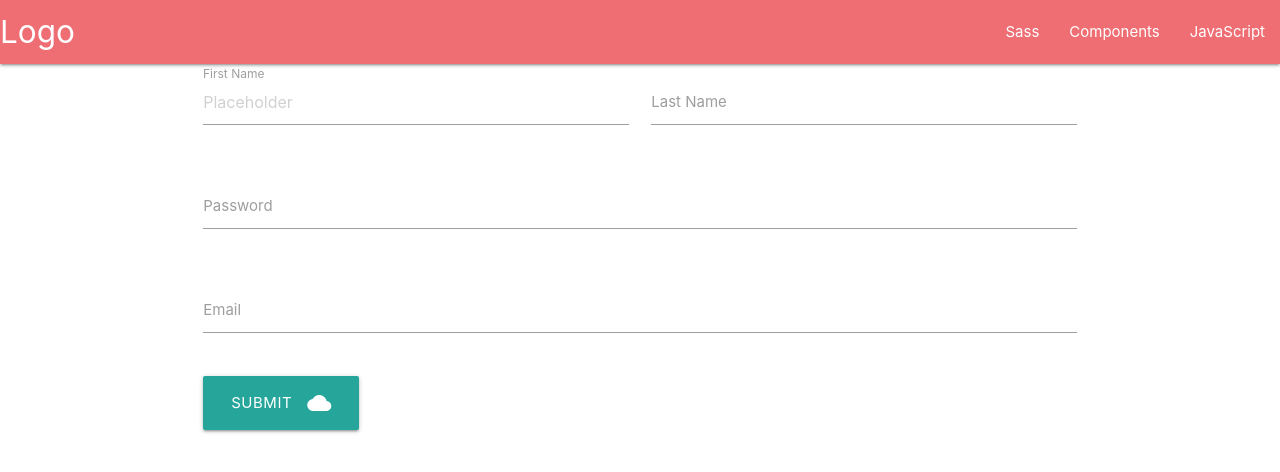
Repository: RavinakS/signup-page-html-js
Page: index.html
The author's editor kept a copy of each file at every save. The page is drawn from the files as they stood at one save, then again after the next save.
The browser window is 1280 px wide. The pictures show the whole page.

Above is the page before, as saved 2021-12-13 11:22:47.
Console error: SyntaxError: Unexpected end of input

After the next save:
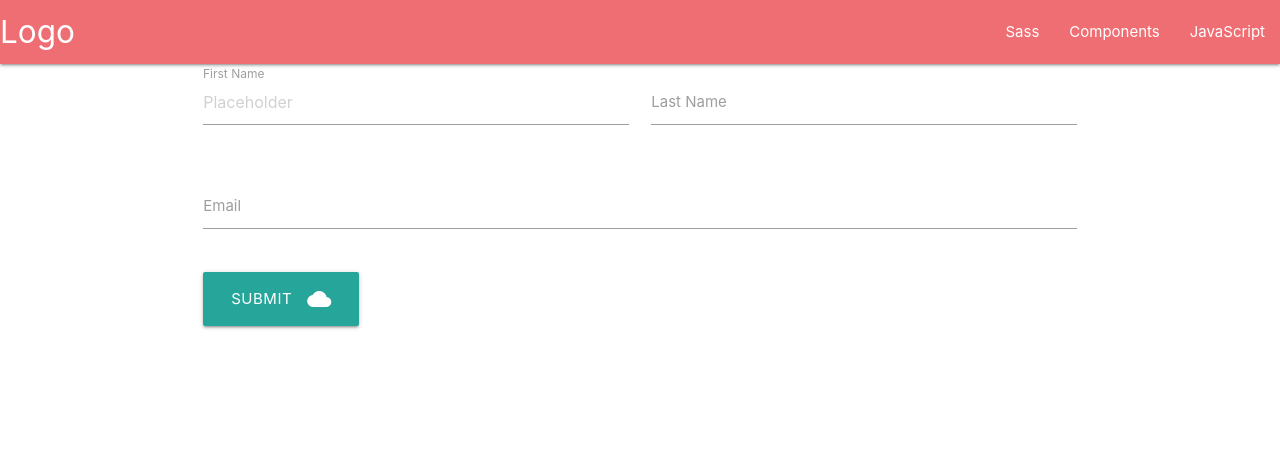
Saved 13 s later.
--- a/index.html
+++ b/index.html
@@ -37,12 +37,6 @@
               </div>
               <div class="row">
                 <div class="input-field col s12">
-                  <input id="password" type="password" class="validate">
-                  <label for="password">Password</label>
-                </div>
-              </div>
-              <div class="row">
-                <div class="input-field col s12">
                   <input id="email" type="email" class="validate">
                   <label for="email">Email</label>
                 </div>
